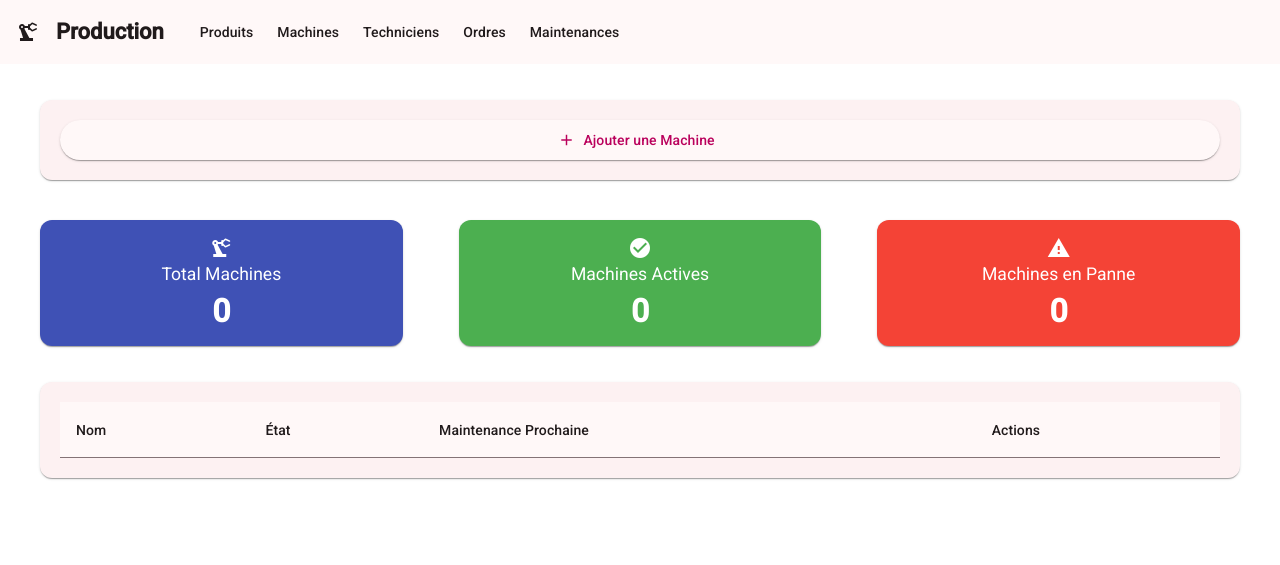
Repository: hadilXattia/Gestion_Production
Page: /machines (app in frontend-production/)
An editor plug-in stored every save of this project. The page is shown before and after the next save, followed by the edit.
The browser window is 1280 px wide. The pictures show the whole page.
The page's requests for data from a server got no answer. The project was rebuilt for these pictures with package versions that can differ from the ones it lists, and the page was loaded fresh each time. No one was signed in, and anything a server would have sent is missing. Also part of the build but not shown: frontend-production/angular.json, frontend-production/src/app/components/produit/produit.component.ts, frontend-production/src/app/services/produit.service.ts, frontend-production/src/app/components/produit/ajouter-produit-dialog.component.ts, frontend-production/src/app/components/produit/produit-detail-dialog.component.ts, frontend-production/src/app/components/machine/ajouter-machine-dialog.component.ts, frontend-production/src/app/components/machine/machine-detail-dialog.component.ts, frontend-production/src/app/components/technicien/technicien.component.ts and 11 more.

Above is the page before, as saved 2025-05-11 18:53:49.

### frontend-production/src/index.html
<!doctype html>
<html lang="en">
<head>
  <meta charset="utf-8">
  <title>FrontendProduction</title>
  <base href="/">
  <meta name="viewport" content="width=device-width, initial-scale=1">
  <link rel="icon" type="image/x-icon" href="favicon.ico">
  <link href="https://fonts.googleapis.com/css2?family=Roboto:wght@300;400;500&display=swap" rel="stylesheet">
  <link href="https://fonts.googleapis.com/icon?family=Material+Icons" rel="stylesheet">
</head>
<body class="mat-typography">
  <app-root></app-root>
</body>
</html>

### frontend-production/src/main.ts
import { bootstrapApplication } from '@angular/platform-browser';
import { AppComponent } from './app/app.component';
import { provideHttpClient } from '@angular/common/http';
import { importProvidersFrom } from '@angular/core';
import { FormsModule } from '@angular/forms';
import { provideRouter } from '@angular/router';
import { routes } from './app/app.routes';

bootstrapApplication(AppComponent, {
  providers: [
    provideHttpClient(),
    importProvidersFrom(FormsModule),
    provideRouter(routes)
  ]
});

### frontend-production/src/app/app.component.ts
import { Component } from '@angular/core';
import { RouterOutlet } from '@angular/router';
import { NavbarComponent } from './components/navbar/navbar.component';

@Component({
  selector: 'app-root',
  standalone: true,
  imports: [NavbarComponent, RouterOutlet],
  template: `
    <app-navbar></app-navbar>
    <div style="padding: 20px">
      <router-outlet></router-outlet>
    </div>
  `
})
export class AppComponent {}

### frontend-production/src/app/app.routes.ts
import { Routes } from '@angular/router';
import { ProduitComponent } from './components/produit/produit.component';
import { MachineComponent } from './components/machine/machine.component';
import { TechnicienComponent } from './components/technicien/technicien.component';
import { OrdreFabricationComponent } from './components/ordre-fabrication/ordre-fabrication.component';
import { MaintenanceComponent } from './components/maintenance/maintenance.component';

export const routes: Routes = [
  { path: 'produits', component: ProduitComponent },
  { path: 'machines', component: MachineComponent },
  { path: 'techniciens', component: TechnicienComponent },
  { path: 'ordres', component: OrdreFabricationComponent },
  { path: 'maintenances', component: MaintenanceComponent },
  { path: '', redirectTo: 'produits', pathMatch: 'full' },
  { path: '**', redirectTo: 'produits' }
];

### frontend-production/src/app/components/navbar/navbar.component.ts
import { Component } from '@angular/core';
import { RouterModule } from '@angular/router';
import { CommonModule } from '@angular/common';
import { MatToolbarModule } from '@angular/material/toolbar';
import { MatButtonModule } from '@angular/material/button';
import { MatIconModule } from '@angular/material/icon';

@Component({
  selector: 'app-navbar',
  standalone: true,
  imports: [CommonModule, RouterModule, MatToolbarModule, MatButtonModule, MatIconModule],
  template: `
    <mat-toolbar color="primary">
      <mat-icon style="margin-right: 16px;">precision_manufacturing</mat-icon>
      <span style="margin-right: 24px; font-weight: bold;">Production</span>

      <button mat-button routerLink="/produits">Produits</button>
      <button mat-button routerLink="/machines">Machines</button>
      <button mat-button routerLink="/techniciens">Techniciens</button>
      <button mat-button routerLink="/ordres">Ordres</button>
      <button mat-button routerLink="/maintenances">Maintenances</button>
    </mat-toolbar>
  `
})
export class NavbarComponent {}

### frontend-production/src/app/components/machine/machine.component.ts
import { Component, OnInit } from '@angular/core';
import { MachineService } from '../../services/machine.service';
import { MatDialog } from '@angular/material/dialog';
import { AjouterMachineDialogComponent } from './ajouter-machine-dialog.component';

import { CommonModule } from '@angular/common';
import { FormsModule } from '@angular/forms';
import { MatTableModule } from '@angular/material/table';
import { MatButtonModule } from '@angular/material/button';
import { MatFormFieldModule } from '@angular/material/form-field';
import { MatInputModule } from '@angular/material/input';
import { MatCardModule } from '@angular/material/card';
import { MatIconModule } from '@angular/material/icon';
import { MatDialogModule } from '@angular/material/dialog';
import { NgFor } from '@angular/common';
import { MachineDetailDialogComponent } from './machine-detail-dialog.component';

@Component({
  selector: 'app-machine',
  standalone: true,
  imports: [
    CommonModule,
    FormsModule,
    NgFor,
    MatTableModule,
    MatButtonModule,
    MatFormFieldModule,
    MatInputModule,
    MatCardModule,
    MatIconModule,
    MatDialogModule,

  ],
  templateUrl: './machine.component.html',
  styleUrl: './machine.component.css'
})
export class MachineComponent implements OnInit {
  machines: any[] = [];

  constructor(
    private machineService: MachineService,
    private dialog: MatDialog
  ) {}

  ngOnInit() {
    this.loadMachines();
  }

  loadMachines() {
    this.machineService.getMachines().subscribe(data => {
      this.machines = data;
    });
  }

  get totalMachines(): number {
    return this.machines.length;
  }

  get machinesEnPanne(): number {
    return this.machines.filter(m => m.etat.toLowerCase() === 'en panne').length;
  }

  get machinesActives(): number {
    return this.machines.filter(m => m.etat.toLowerCase() === 'active').length;
  }

  openAjouterMachineDialog() {
    const dialogRef = this.dialog.open(AjouterMachineDialogComponent, {
      width: '400px'
    });

    dialogRef.afterClosed().subscribe(result => {
      if (result) {
        this.machineService.createMachine(result).subscribe(() => {
          this.loadMachines();
        });
      }
    });
  }

  openMachineDetailDialog(machine: any) {
    this.dialog.open(MachineDetailDialogComponent, {
      width: '400px',
      data: machine
    });
  }

  deleteMachine(id: number) {
    this.machineService.deleteMachine(id).subscribe(() => {
      this.loadMachines();
    });
  }
}

### frontend-production/src/app/components/machine/machine.component.html
<!-- Add Machine Button -->
<mat-card class="mt-4">
  <button mat-raised-button color="primary" (click)="openAjouterMachineDialog()">
    <mat-icon>add</mat-icon> Ajouter une Machine
  </button>
</mat-card>
<!-- Stat Cards -->
<div class="stat-container mt-4">
  <mat-card class="stat-card total mat-elevation-z4">
    <div class="stat-icon"><mat-icon>precision_manufacturing</mat-icon></div>
    <div class="stat-title">Total Machines</div>
    <div class="stat-value">{{ totalMachines }}</div>
  </mat-card>

  <mat-card class="stat-card active mat-elevation-z4">
    <div class="stat-icon"><mat-icon>check_circle</mat-icon></div>
    <div class="stat-title">Machines Actives</div>
    <div class="stat-value">{{ machinesActives }}</div>
  </mat-card>

  <mat-card class="stat-card panne mat-elevation-z4">
    <div class="stat-icon"><mat-icon>warning</mat-icon></div>
    <div class="stat-title">Machines en Panne</div>
    <div class="stat-value">{{ machinesEnPanne }}</div>
  </mat-card>
</div>

<!-- OPTIONAL: Chart (pie) -->

<!-- Machine Table -->
<mat-card class="mt-4">
  <table mat-table [dataSource]="machines" class="mat-elevation-z8" style="width: 100%;">

    <!-- Nom Column -->
    <ng-container matColumnDef="nom">
      <th mat-header-cell *matHeaderCellDef> Nom </th>
      <td mat-cell *matCellDef="let machine"> {{ machine.nom }} </td>
    </ng-container>

    <!-- État Column -->
    <ng-container matColumnDef="etat">
      <th mat-header-cell *matHeaderCellDef> État </th>
      <td mat-cell *matCellDef="let machine"> {{ machine.etat }} </td>
    </ng-container>

<!-- Maintenance Column -->
<ng-container matColumnDef="maintenanceProchaine">
  <th mat-header-cell *matHeaderCellDef> Maintenance Prochaine </th>
<td mat-cell *matCellDef="let machine">
  {{ machine.maintenanceProchaine ? (machine.maintenanceProchaine | date:'yyyy-MM-dd') : 'Non planifiée' }}
</td></ng-container>

    <!-- Actions Column -->
    <ng-container matColumnDef="actions">
      <th mat-header-cell *matHeaderCellDef> Actions </th>
      <td mat-cell *matCellDef="let machine">
        <button mat-icon-button color="accent" (click)="openMachineDetailDialog(machine)">
          <mat-icon>info</mat-icon>
        </button>
        <button mat-icon-button color="warn" (click)="deleteMachine(machine.id)">
          <mat-icon>delete</mat-icon>
        </button>
      </td>
    </ng-container>

    <tr mat-header-row *matHeaderRowDef="['nom', 'etat', 'maintenanceProchaine', 'actions']"></tr>
    <tr mat-row *matRowDef="let row; columns: ['nom', 'etat', 'maintenanceProchaine', 'actions'];"></tr>

  </table>
</mat-card>

### frontend-production/src/app/components/machine/machine.component.css
.full-width {
  width: 100%;
}

.form-container {
  display: flex;
  flex-direction: column;
  gap: 15px;
}

mat-card {
  margin: 20px;
  padding: 20px;
}
.mt-4 {
  margin-top: 1rem;
}
.stat-container {
  display: flex;
  gap: 1rem;
  justify-content: space-between;
  flex-wrap: wrap;
}

.stat-card {
  flex: 1;
  min-width: 200px;
  text-align: center;
  padding: 1rem;
  border-radius: 12px;
  color: white;
}

.stat-card.total {
  background-color: #3f51b5;
}
.stat-card.active {
  background-color: #4caf50;
}
.stat-card.panne {
  background-color: #f44336;
}

.stat-title {
  font-size: 1.1rem;
  margin-bottom: 0.5rem;
}

.stat-value {
  font-size: 2rem;
  font-weight: bold;
}

### frontend-production/src/app/services/machine.service.ts
import { Injectable } from '@angular/core';
import { HttpClient } from '@angular/common/http';
import { Observable } from 'rxjs';

export interface Machine {
  id?: number;
  nom: string;
  etat: string;
  maintenanceProchaine: string; // ISO date string
}

@Injectable({
  providedIn: 'root'
})
export class MachineService {
  private apiUrl = 'http://localhost:8080/api/machines';

  constructor(private http: HttpClient) {}

  getMachines(): Observable<Machine[]> {
    return this.http.get<Machine[]>(this.apiUrl);
  }

  createMachine(machine: Machine): Observable<Machine> {
    return this.http.post<Machine>(this.apiUrl, machine);
  }

  updateMachine(id: number, machine: Machine): Observable<Machine> {
    return this.http.put<Machine>(`${this.apiUrl}/${id}`, machine);
  }

  deleteMachine(id: number): Observable<void> {
    return this.http.delete<void>(`${this.apiUrl}/${id}`);
  }
}

Loaded but not shown: frontend-production/src/styles.css (common file)

After the next save:
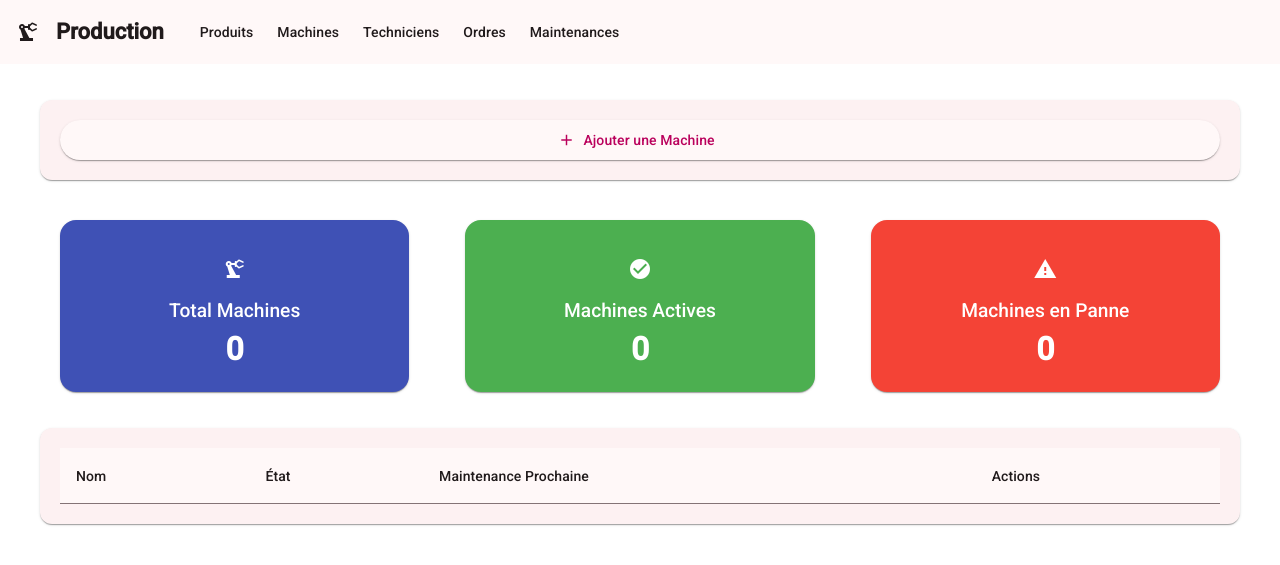
Saved 13 s later.
--- a/frontend-production/src/app/components/machine/machine.component.css
+++ b/frontend-production/src/app/components/machine/machine.component.css
@@ -14,35 +14,51 @@ mat-card {
 }
 .mt-4 {
   margin-top: 1rem;
-}
-.stat-container {
+}.stat-container {
   display: flex;
   gap: 1rem;
   justify-content: space-between;
   flex-wrap: wrap;
+  margin: 0 20px;
 }
 
 .stat-card {
   flex: 1;
-  min-width: 200px;
-  text-align: center;
-  padding: 1rem;
-  border-radius: 12px;
+  min-width: 250px;
+  max-width: 100%;
+  padding: 1.5rem;
+  border-radius: 16px;
   color: white;
+  display: flex;
+  flex-direction: column;
+  align-items: center;
+  transition: transform 0.3s ease;
+}
+
+.stat-card:hover {
+  transform: translateY(-5px);
 }
 
 .stat-card.total {
   background-color: #3f51b5;
 }
+
 .stat-card.active {
   background-color: #4caf50;
 }
+
 .stat-card.panne {
   background-color: #f44336;
 }
 
+.stat-icon {
+  font-size: 2.5rem;
+  margin-bottom: 0.5rem;
+}
+
 .stat-title {
-  font-size: 1.1rem;
+  font-size: 1.2rem;
+  font-weight: 500;
   margin-bottom: 0.5rem;
 }
 
